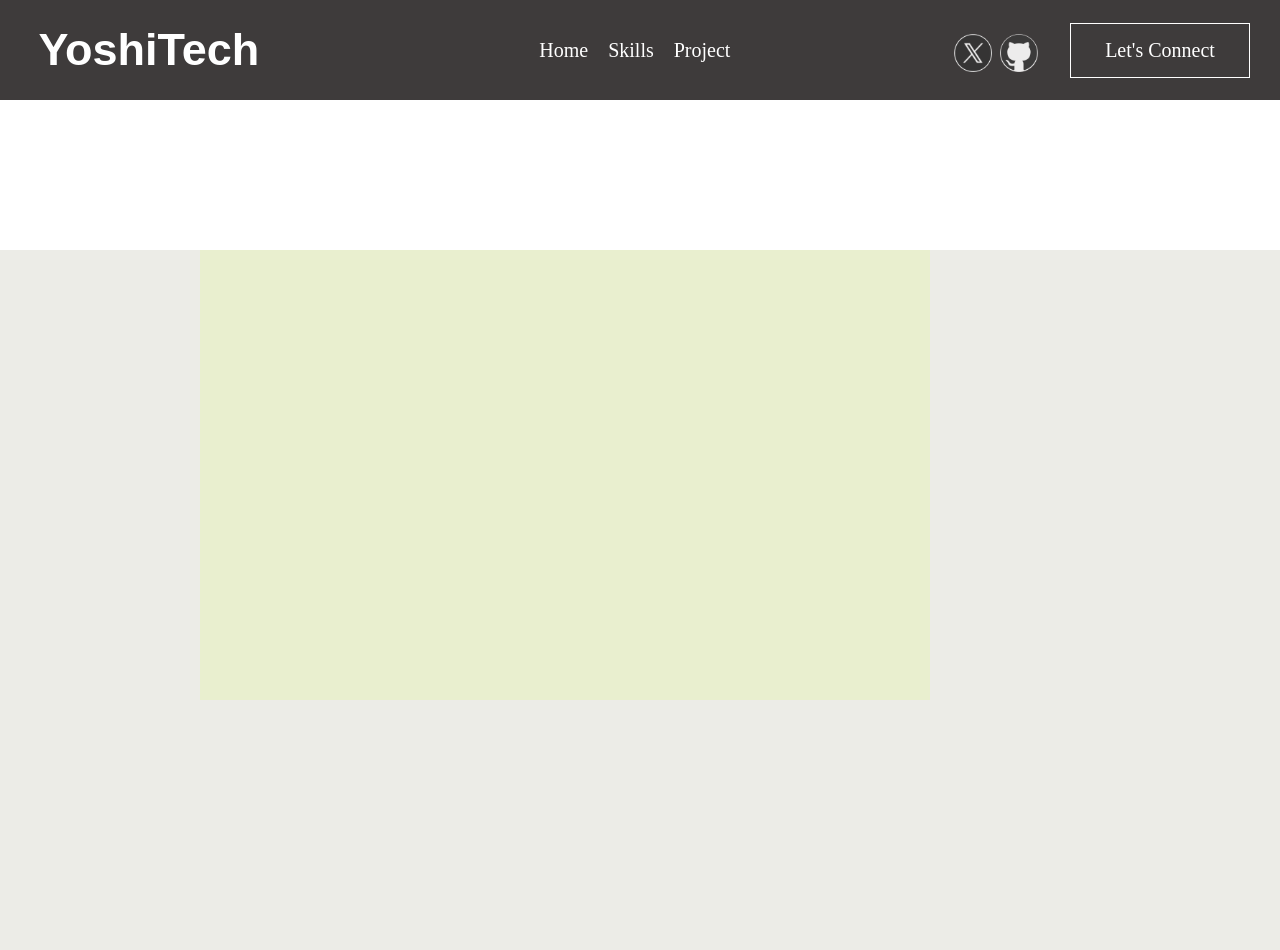
Repository: Yoshiki0418/My_Portfolio
Page: index.html
The author's editor kept a copy of each file at every save. The page is drawn from the files as they stood at one save, then again after the next save.
The browser window is 1280 px wide. The pictures show the whole page.

Above is the page before, as saved 2024-01-05 20:55:43.

After the next save:
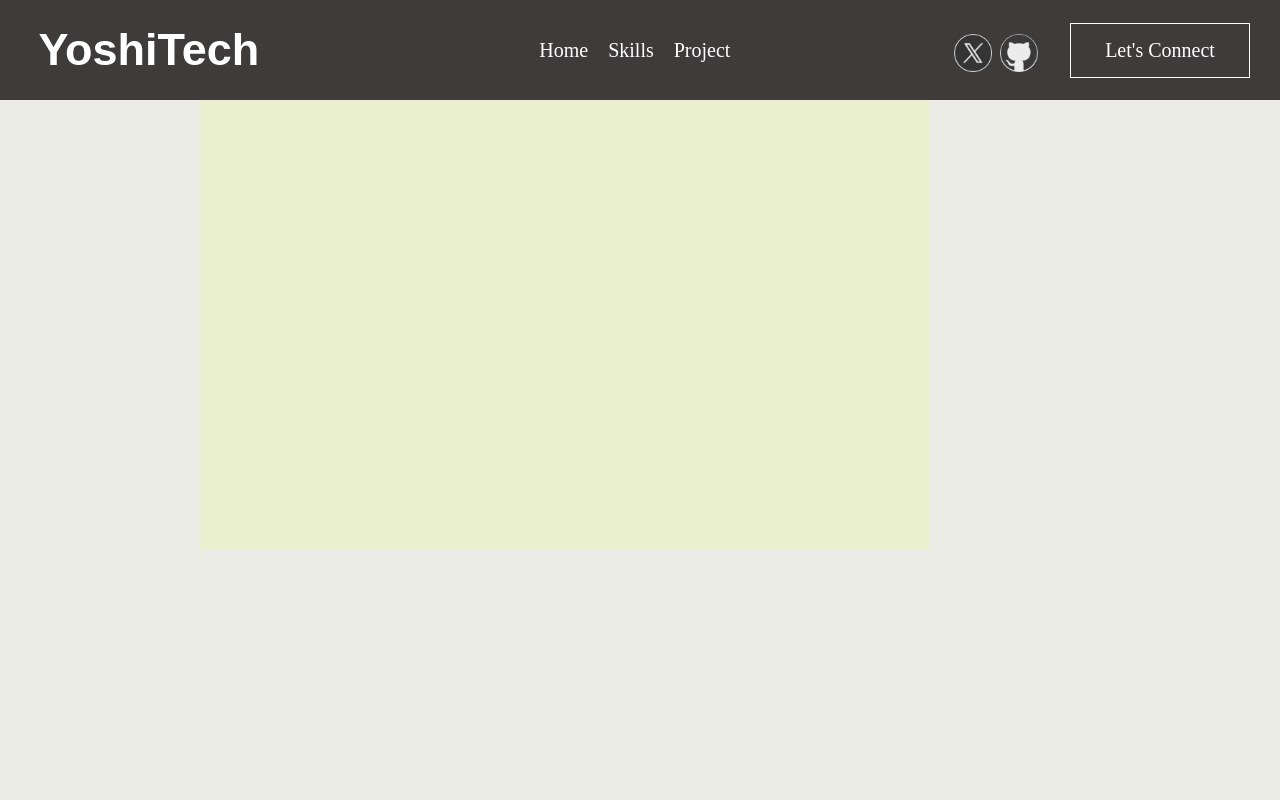
Saved 17 s later.
--- a/style.css
+++ b/style.css
@@ -74,5 +74,4 @@
     width: 730px;
     height: 450px;
     margin-left: 200px;
-    margin-top: 150px;
 }
